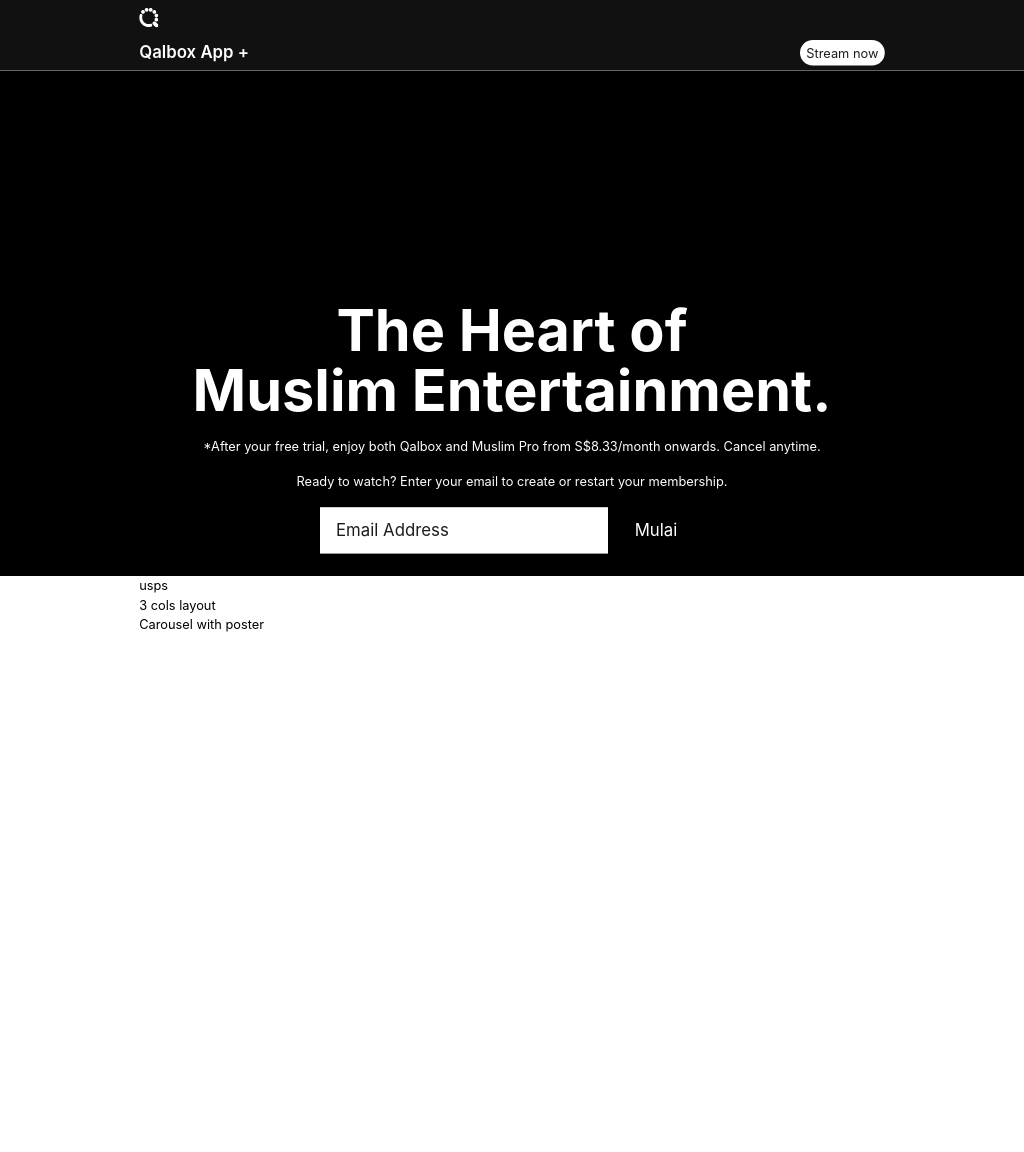
Repository: iqmalr/qalbox-rebuild
Page: /
These files come from the project's save history. The page is drawn as it stood at one moment and after the next save; the edit follows.
The browser window is 1280 px wide. The pictures show the whole page, at 80% of full size.
Some web fonts or font styles are not loaded; a fallback is used. The project was rebuilt for these pictures with package versions that can differ from the ones it lists, and the page was loaded fresh each time. Also part of the build but not shown: vite.config.ts. Imported but missing from the stored project, and not drawn on this page: src/assets/Hero.mp4.

Above is the page before, as saved 2024-09-16 11:26:19.

After the next save:
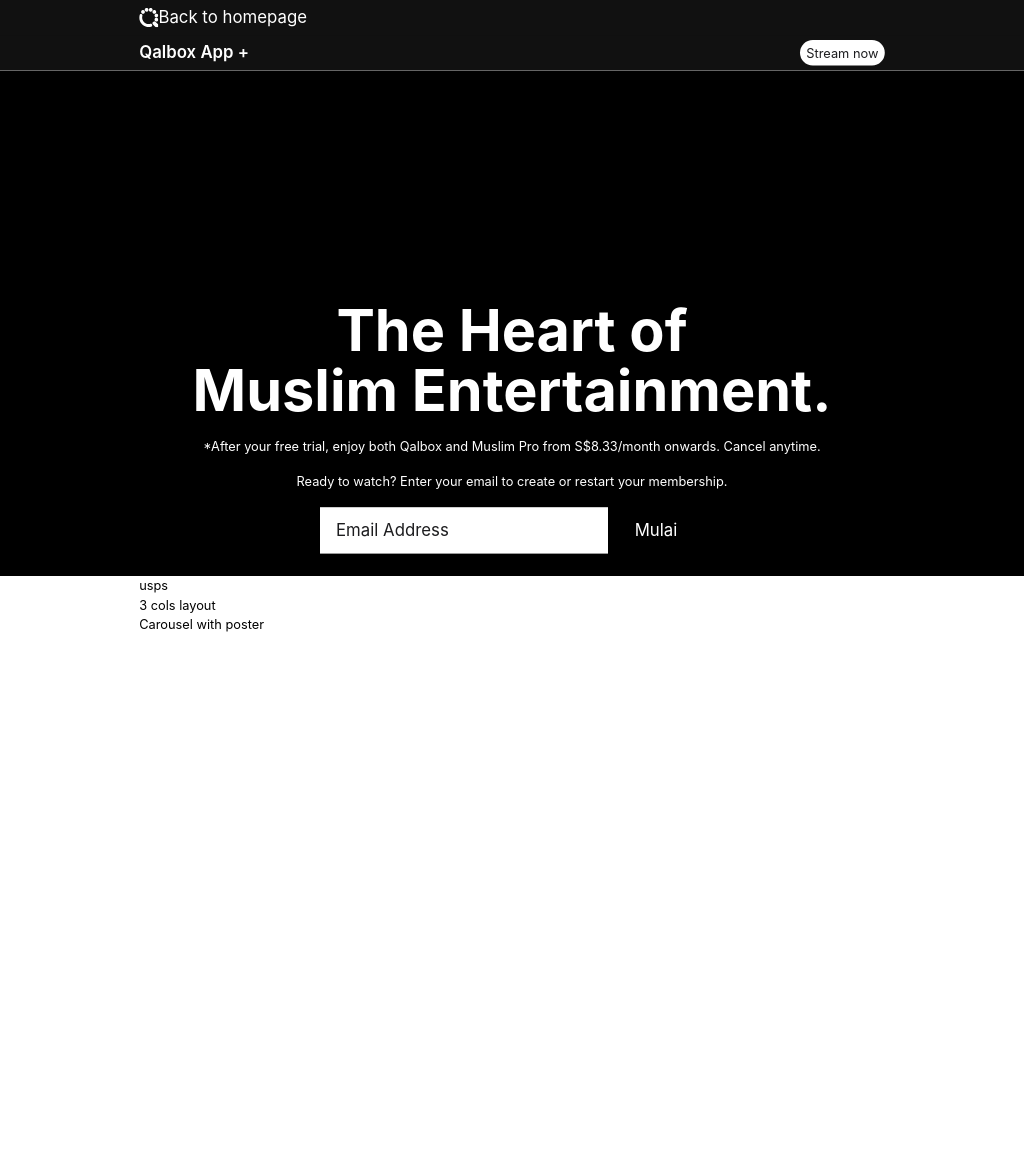
Saved 4 min 12 s later.
--- a/src/components/Headers.tsx
+++ b/src/components/Headers.tsx
@@ -1,7 +1,6 @@
 import QalboxSVGIcon from "../assets/QalboxSVG";
 import { Button } from "./Button";
 import { CustomContainer } from "./CustomContainer";
-
 
 export const Headers = () => {
   return (
@@ -13,7 +12,7 @@
             className="-ml-6 flex h-[--header-row-height] items-center px-6 text-21"
           >
             <QalboxSVGIcon />
-            <span className="sr-only">Back to homepage</span>
+            <span>Back to homepage</span>
           </a>
         </CustomContainer>
       </header>
